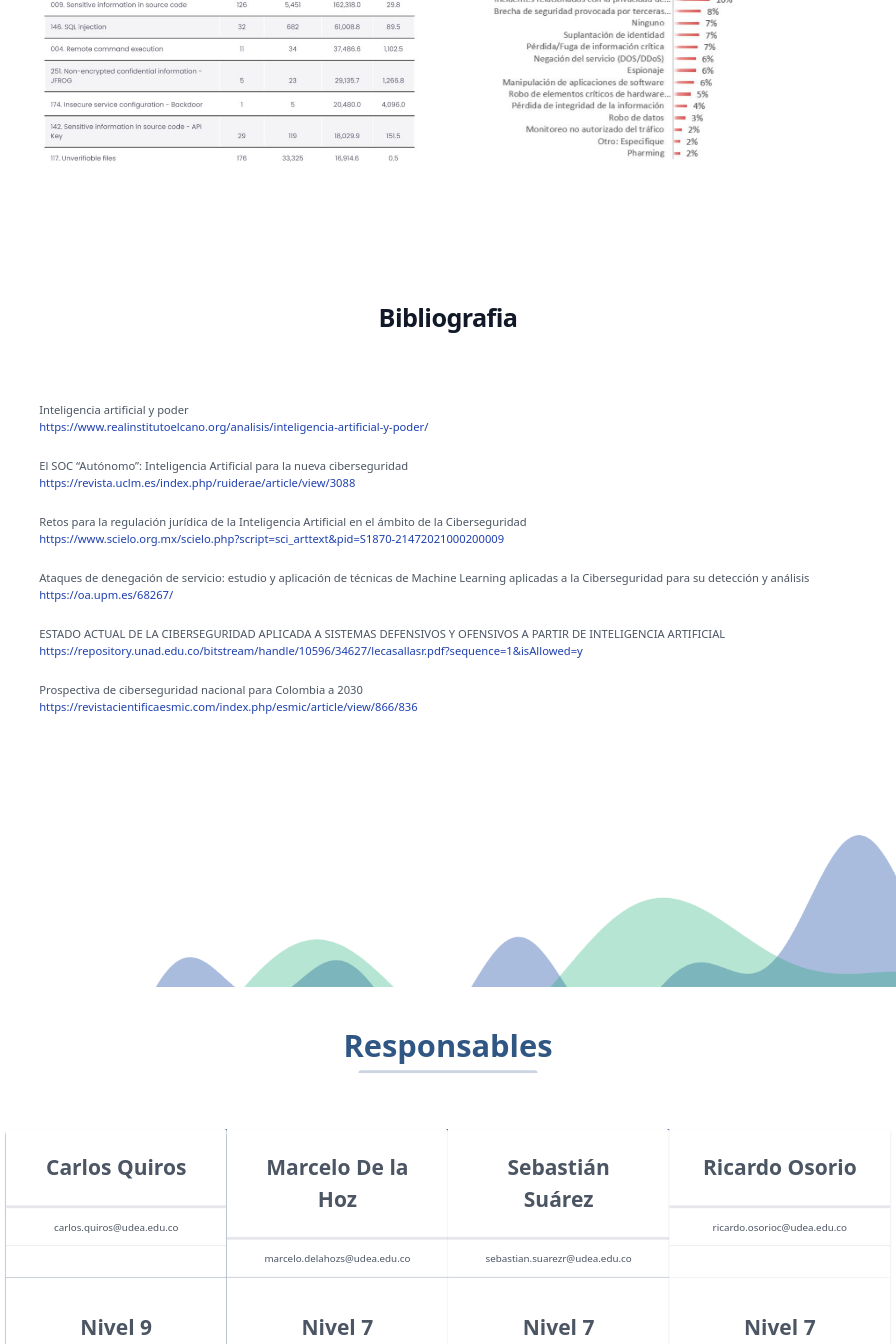
Repository: cardacar/fdi-2022
Page: /
These files come from the project's save history. The page is drawn as it stood at one moment and after the next save; the edit follows.
The browser window is 1280 px wide. The pictures show the part of the page from y = 4580 to 6500 px (the page is 6904 px tall before and 7064 px after), at 70% of full size.
The project was rebuilt for these pictures with package versions that can differ from the ones it lists, and the page was loaded fresh each time. The framework's server and built-in components were replaced by stand-ins that run in the browser. Also part of the build but not shown: next.config.js.

Above is the page before, as saved 2022-08-07 16:54:32.

After the next save:
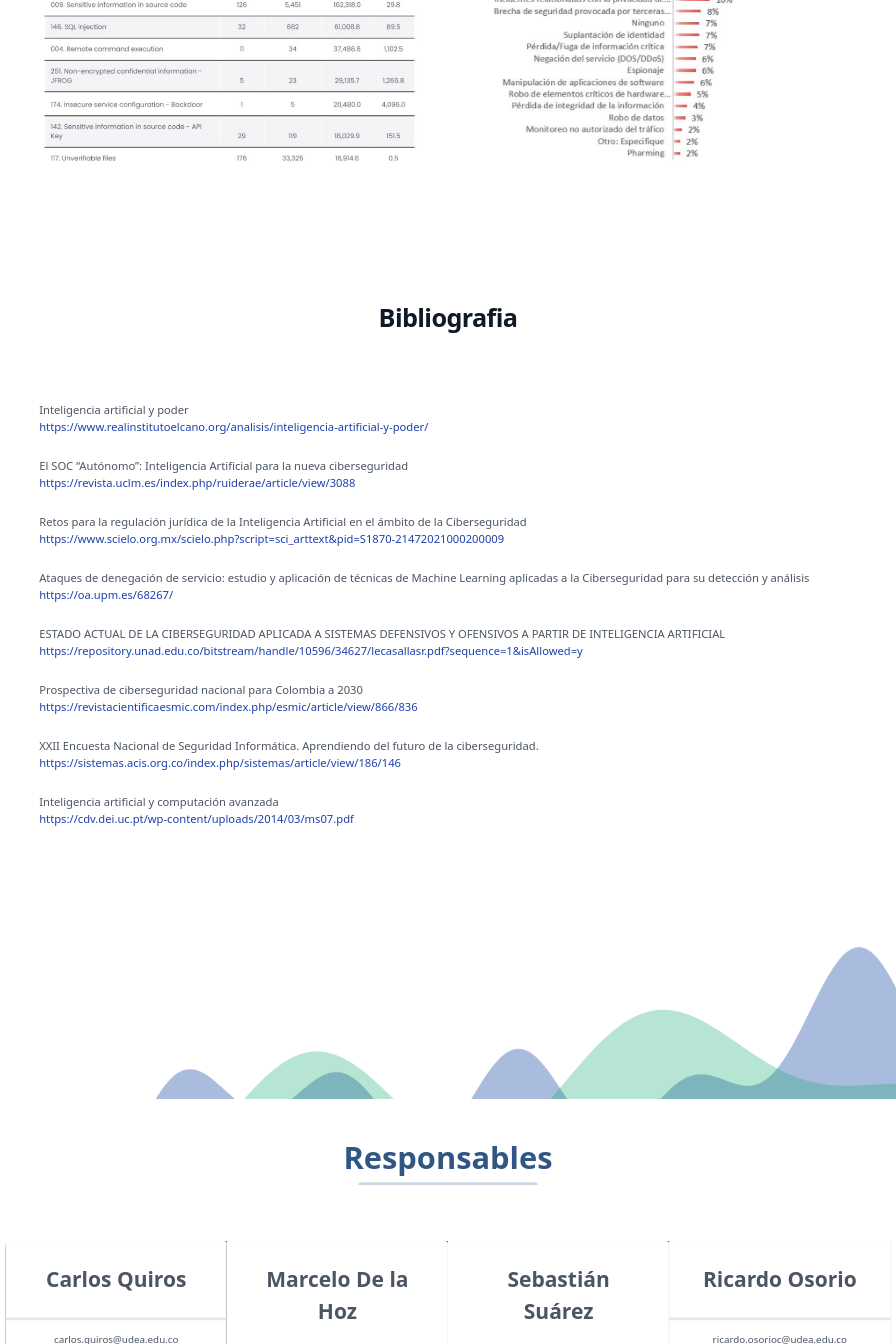
Saved 102 s later.
--- a/src/components/Bibliografia.tsx
+++ b/src/components/Bibliografia.tsx
@@ -46,6 +46,18 @@ const Bibliografia = () => {
              <a href="https://revistacientificaesmic.com/index.php/esmic/article/view/866/836">https://revistacientificaesmic.com/index.php/esmic/article/view/866/836</a>
             </p>
           </div>
+          <div className={`align-middle`}>
+            <p className={`text-gray-600 mb-8 text-justify`}>
+            XXII Encuesta Nacional de Seguridad Informática. Aprendiendo del futuro de la ciberseguridad.<br></br>
+             <a href="https://sistemas.acis.org.co/index.php/sistemas/article/view/186/146">https://sistemas.acis.org.co/index.php/sistemas/article/view/186/146</a>
+            </p>
+          </div>
+          <div className={`align-middle`}>
+            <p className={`text-gray-600 mb-8 text-justify`}>
+            Inteligencia artificial y computación avanzada<br></br>
+             <a href="https://cdv.dei.uc.pt/wp-content/uploads/2014/03/ms07.pdf">https://cdv.dei.uc.pt/wp-content/uploads/2014/03/ms07.pdf</a>
+            </p>
+          </div>
         </div>
       </div>
     </div>
